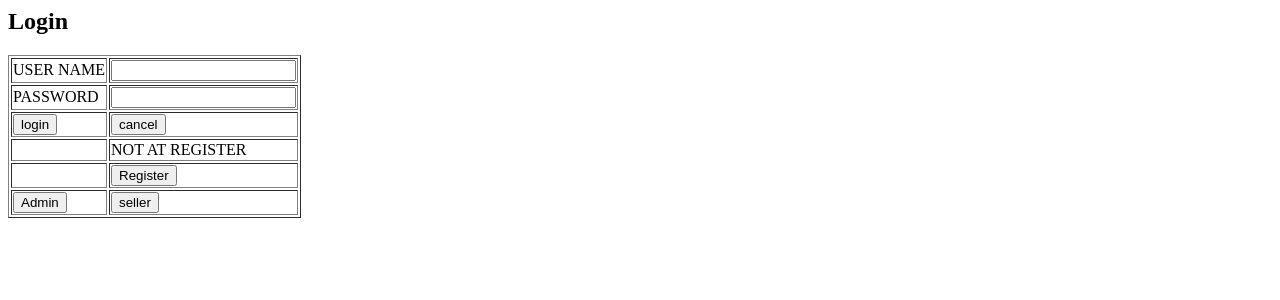
Repository: saik46573/sai
Page: http://localhost/Project/
An editor plug-in stored every save of this project. The page is shown before and after the next save, followed by the edit.
The browser window is 1280 px wide. The pictures show the whole page.
The page is served by Tomcat 9.

Above is the page before, as saved 2023-08-08 09:35:08.

After the next save:
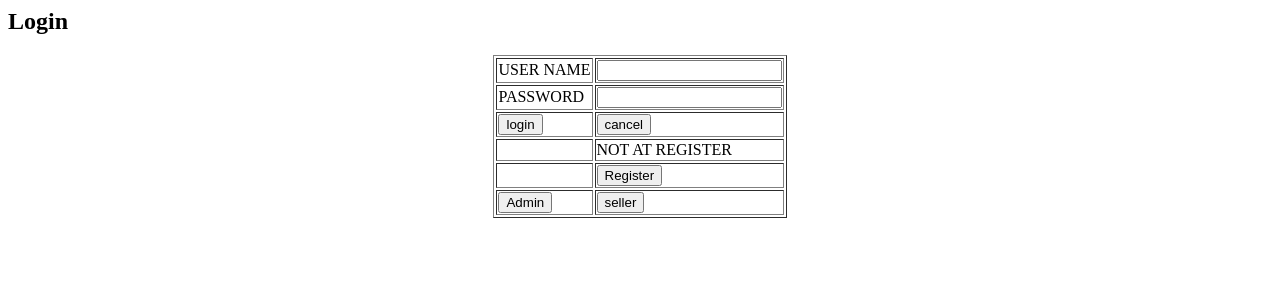
Saved 33 s later.
--- a/eclipse-workspace/Project/src/main/webapp/index.jsp
+++ b/eclipse-workspace/Project/src/main/webapp/index.jsp
@@ -2,7 +2,7 @@
 <body>
 <h2>Login </h2>
 <form action="login" method="post">
-	<table border="1px">
+	<table border="1px" align="center">
 	<tr>
 	<td>USER NAME</td>
 	<td> <input type= "text" ></td>
